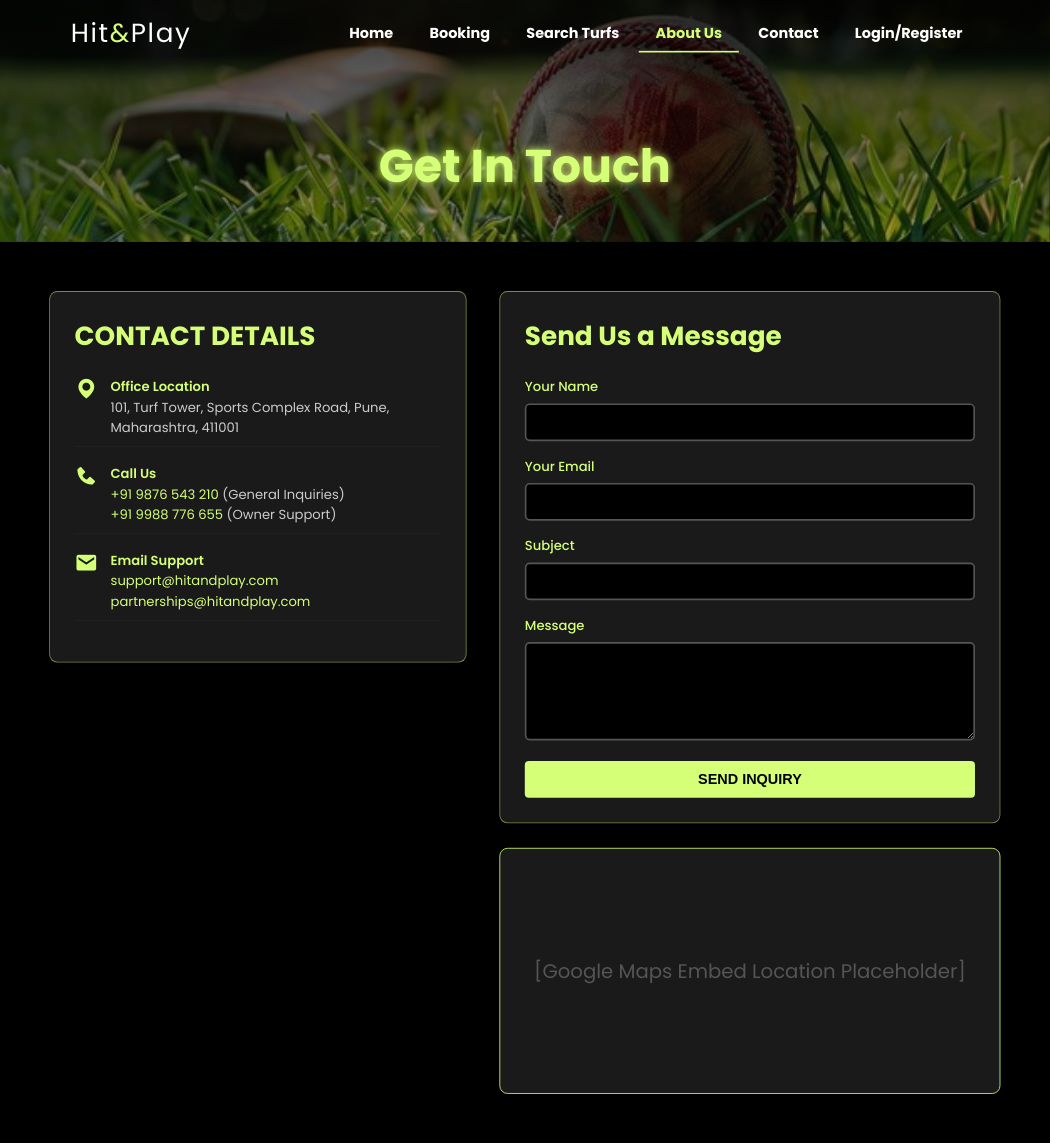
Repository: nilofar-nadaf/TurfBookingSystem
Page: http://localhost/contactUs
The author's editor kept a copy of each file at every save. The page is drawn from the files as they stood at one save, then again after the next save.
The browser window is 1280 px wide. The pictures show the whole page, at 82% of full size.
The page is this project's Thymeleaf template; nobody is signed in. The template is opened directly, without the code that normally fills it, so the values that code supplies are empty.

Above is the page before, as saved 2025-10-16 17:50:00.

After the next save:
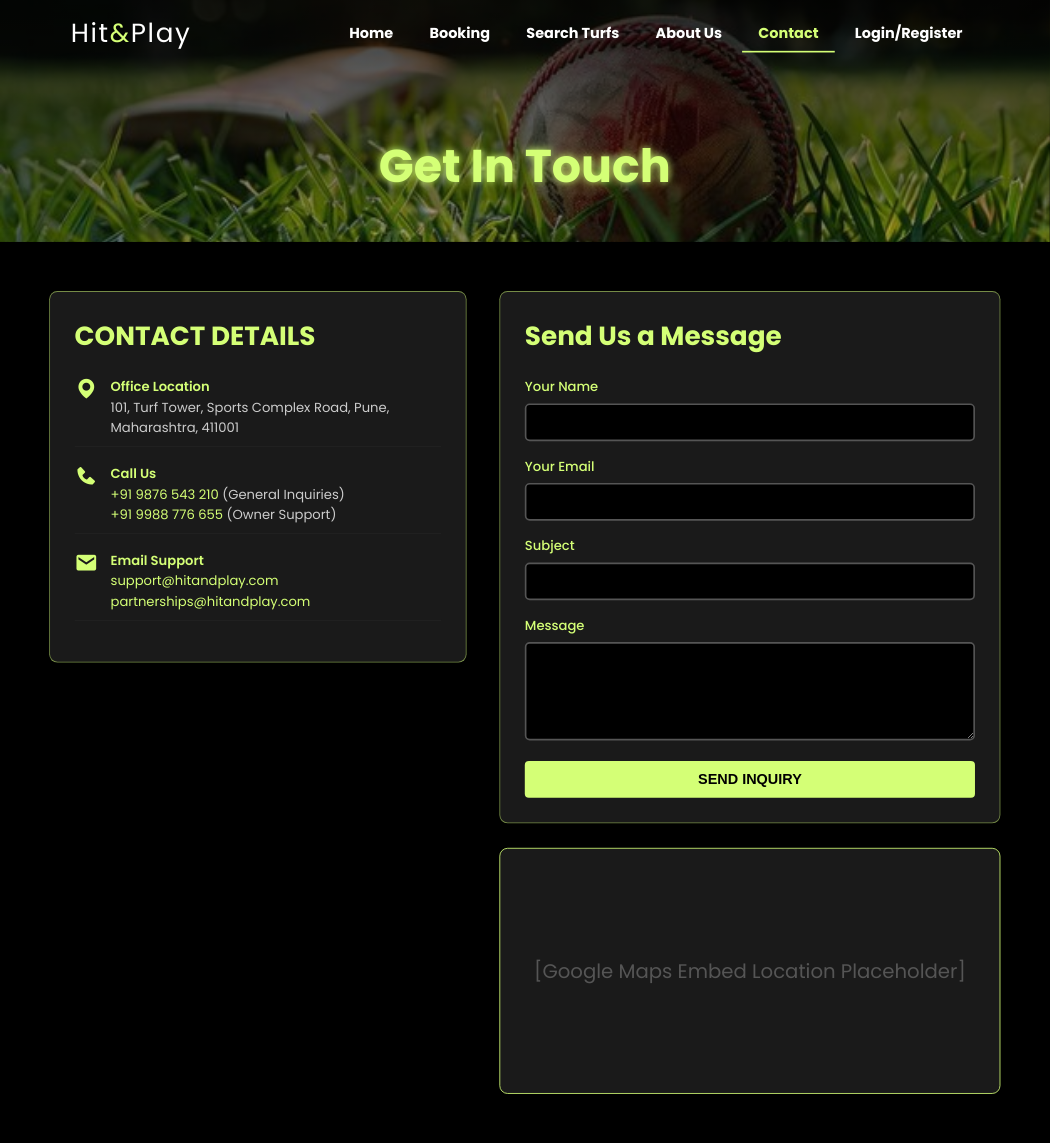
Saved 54 s later.
--- a/CricketTurfBooking/CricketTurfBookingSystem/src/main/resources/templates/contactUs.html
+++ b/CricketTurfBooking/CricketTurfBookingSystem/src/main/resources/templates/contactUs.html
@@ -210,8 +210,8 @@
 				<a th:href="@{/home}">Home</a>
 				<a href="#">Booking</a>
 				<a th:href="@{/searchTurf}">Search Turfs</a>
-				<a th:href="@{/aboutUs}" style="border-bottom: 2px solid var(--primary-color); color: var(--primary-color);">About Us</a>
-				<a th:href="@{/contactUs}">Contact</a>
+				<a th:href="@{/aboutUs}" >About Us</a>
+				<a th:href="@{/contactUs}" style="border-bottom: 2px solid var(--primary-color); color: var(--primary-color);">Contact</a>
 				<a th:href="@{/login}">Login/Register</a>
             </div>
         </nav>
